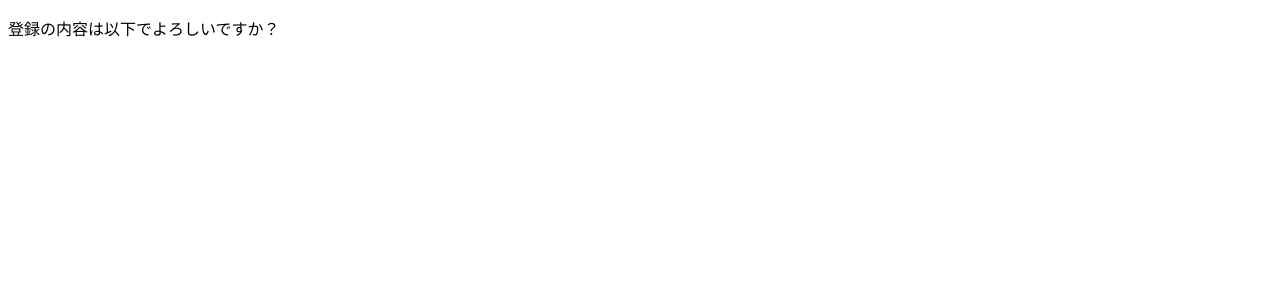
Repository: MurayamaMura/ecsite
Page: http://localhost/ecsite/addItemConfirm.jsp
An editor plug-in stored every save of this project. The page is shown before and after the next save, followed by the edit.
The browser window is 1280 px wide. The pictures show the whole page.
The page is served by Tomcat 9. Other server files are loaded and not shown.

Above is the page before, as saved 2018-08-03 11:26:44.

### ecsite/WebContent/addItemConfirm.jsp
<%@ page language="java" contentType="text/html; charset=UTF-8"
    pageEncoding="UTF-8"%>
<%@ taglib prefix="s" uri="/struts-tags" %>
<!DOCTYPE html PUBLIC "-//W3C//DTD HTML 4.01 Transitional//EN" "http://www.w3.org/TR/html4/loose.dtd">
<html>
<head>
<meta http-equiv="Content-Type" content="text/html; charset=UTF-8" />
<meta http-equiv="Content-Style-Type" content="text/css" />
<title>AddItemConfirm</title>
</head>
<body>
	<div>
		<p>登録の内容は以下でよろしいですか？</p>
		<table>
			<s:form action="AddItemConfirmAction">
			<tr>
				<td><s:property value="itemName"/></td>
			</tr>
			<tr>
				<td><s:property value="itemPrice"/></td>
			</tr>
			<tr>
				<td><s:property value="itemStock" /></td>
			</tr>
			</s:form>
		</table>
	</div>
	<div>

	</div>
</body>
</html>

After the next save:
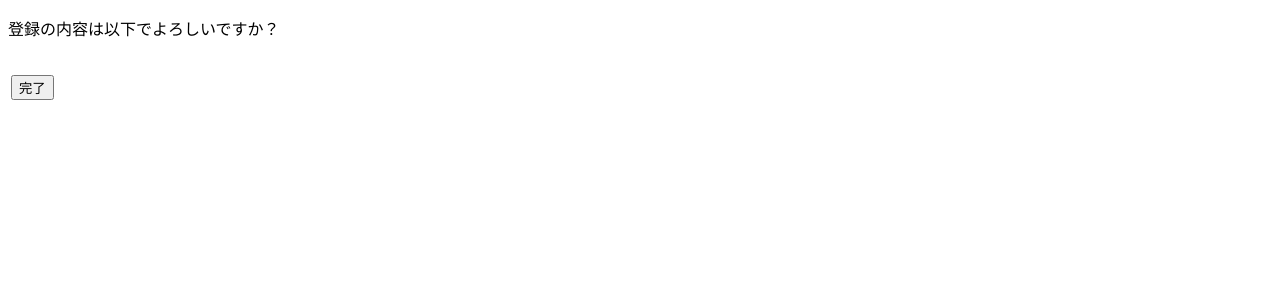
Saved 61 s later.
--- a/ecsite/WebContent/addItemConfirm.jsp
+++ b/ecsite/WebContent/addItemConfirm.jsp
@@ -22,6 +22,9 @@
 			<tr>
 				<td><s:property value="itemStock" /></td>
 			</tr>
+			<tr>
+				<td><s:submit value="完了"/></td>
+			</tr>
 			</s:form>
 		</table>
 	</div>
